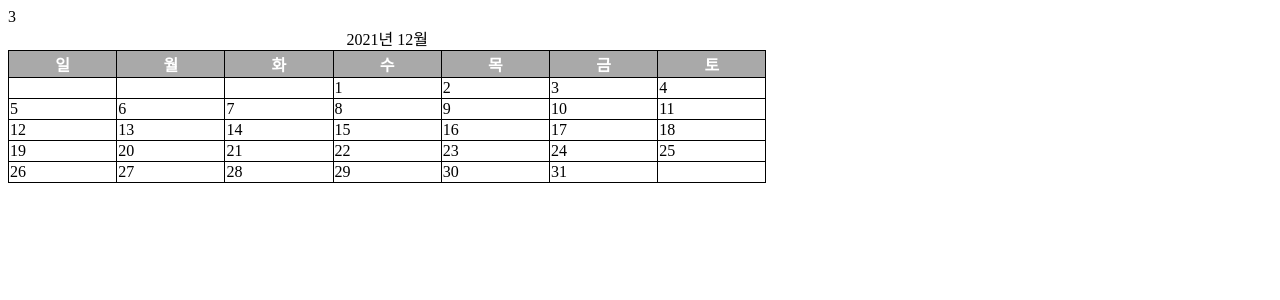
Repository: Jin0207/jsp
Page: http://localhost/day1210/calendarTest.jsp
The author's editor kept a copy of each file at every save. The page is drawn from the files as they stood at one save, then again after the next save.
The browser window is 1280 px wide. The pictures show the whole page.
The page is served by Tomcat 9. Other server files are loaded and not shown.

Above is the page before, as saved 2021-12-10 06:18:55.

### day1210/src/main/webapp/calendarTest.jsp
<%@page import="java.util.Date"%>
<%@ page language="java" contentType="text/html; charset=EUC-KR"
    pageEncoding="EUC-KR"%>
<!DOCTYPE html>
<html>
<head>
<meta charset="EUC-KR">
<title>Insert title here</title>
<style type="text/css">
	table, td, th{
		border: 1px solid black;
	}
	table{
		border-collapse: collapse;
		width: 60%;
	}
	.title{
		background: darkgray;
		color:white;
	}
</style>
</head>
<body>
	<%
		String[] days = {"일","월","화","수","목","금","토"};
		Date today = new Date();
		int year = today.getYear();
		int month = today.getMonth();
		Date day = new Date(year,month,1);
		int firstDay = day.getDay();
		out.print(firstDay);
	%>
	<table>
		<caption> <%=year +1900%>년 <%=month+1 %>월</caption>
		<tr class="title">
			<%
				for(String d: days){
			%>
					<th><%=d %></th>
			<%
				}
			%>
		</tr>
		<tr>
			<%
				for(int i=1; i <= firstDay; i++){
			%>
					<td>&nbsp;</td>
			<%
				}
				for(int i=1; i<= 31; i++){
			%>
						<td><%=i %></td>
						<%
						if( (i+firstDay) % 7 ==0){
							%>
								</tr><tr>
							<%
						}
				}
			%>
		</tr>
	</table>
</body>
</html>

After the next save:
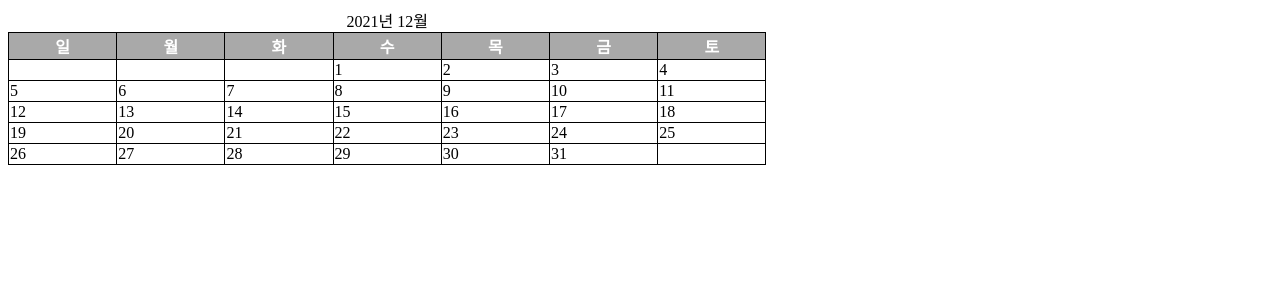
Saved 7 s later.
--- a/day1210/src/main/webapp/calendarTest.jsp
+++ b/day1210/src/main/webapp/calendarTest.jsp
@@ -28,7 +28,6 @@
 		int month = today.getMonth();
 		Date day = new Date(year,month,1);
 		int firstDay = day.getDay();
-		out.print(firstDay);
 	%>
 	<table>
 		<caption> <%=year +1900%>년 <%=month+1 %>월</caption>
